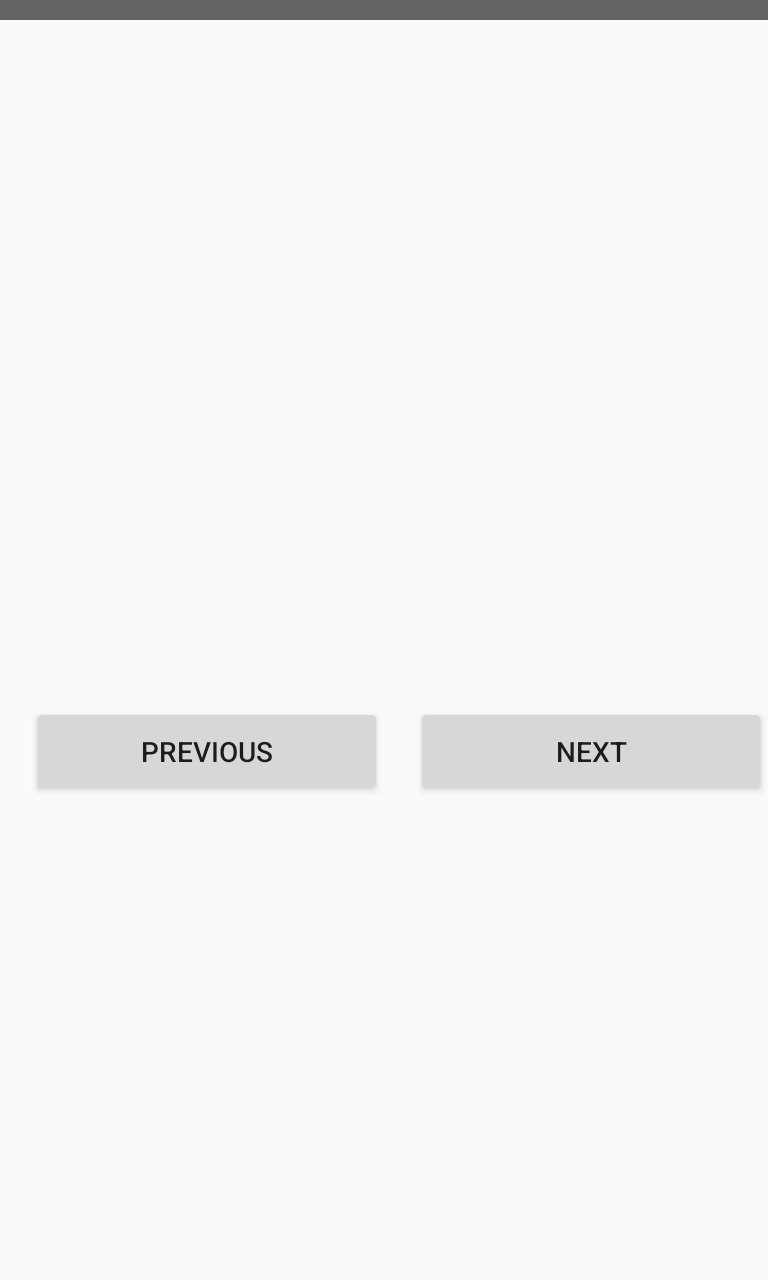
Repository: Warun26/PropertySearch
Layout: PropertySearch/res/layout/historical_zestimates_tab.xml
These files come from the project's save history. The layout is drawn as it stood at one moment and after the next save; the edit follows.
It is drawn on a 768 x 1280 px phone screen (xhdpi) without system bars, with theme AppTheme; the app's code is not run. The app's manifest (not shown) leaves right-to-left support off. So textAlignment, textDirection and layoutDirection are ignored, and left and right values win over start and end ones.

Above is the layout before, as saved 2014-11-23 04:12:41.

### PropertySearch/res/layout/historical_zestimates_tab.xml
<?xml version="1.0" encoding="utf-8"?>
<LinearLayout xmlns:android="http://schemas.android.com/apk/res/android"
    android:id="@+id/tab2"
    android:layout_width="fill_parent"
    android:layout_height="fill_parent"
    android:orientation="vertical" >

    <TextSwitcher
        android:id="@+id/chartYear"
        android:layout_width="fill_parent"
        android:layout_height="wrap_content"
        android:textAlignment="center"
        android:layout_gravity="center"
        android:background="#99000000"
        android:padding="5dp"
        android:textSize = "20sp"
        android:textStyle="bold"
        android:text="Historical Zestimates for the past 5 years" />

    <TextView
	     android:id="@+id/address"
	     android:layout_width="wrap_content"
	     android:layout_height="wrap_content"
	     android:padding="0dp"
	     android:textSize="16sp"
	     android:textAlignment="center"
	     android:layout_gravity="center" >
	</TextView>

    <ImageSwitcher
      android:id="@+id/ZestimateCharts"
      android:layout_width="fill_parent"
      android:layout_height="300dp" >
    </ImageSwitcher>

    <LinearLayout
        android:id="@+id/imageNavigationButtons"
        android:layout_width="fill_parent"
        android:layout_height="wrap_content"
        android:orientation="horizontal">
	    <Button
	      	android:id="@+id/previousImageButton"
	        android:layout_width="fill_parent"
	        android:layout_height="wrap_content"
	        android:text="@string/previous"
	        android:layout_marginLeft="15dp"
	        android:layout_marginStart="7dp"
	        android:layout_marginTop="20dp"
	        android:paddingLeft="3dp"
	        android:paddingRight="3dp"
	        android:layout_weight="1" />

	    <Button
	      	android:id="@+id/nextImageButton"
	        android:layout_width="fill_parent"
	        android:layout_height="wrap_content"
	        android:text="@string/next"
	        android:layout_marginLeft="15dp"
	        android:layout_marginStart="7dp"
	        android:layout_marginTop="20dp"
	        android:paddingLeft="3dp"
	        android:paddingRight="3dp"
	        android:layout_weight="1" />
        </LinearLayout>
    <!--  TextView
        android:id="@+id/textView2"
        android:layout_width="wrap_content"
        android:layout_height="wrap_content"
        android:text="@string/body2" /-->
</LinearLayout>

### PropertySearch/res/values/strings.xml
<?xml version="1.0" encoding="utf-8"?>
<resources>

    <string name="app_name">PropertySearch</string>
    <string name="hello_world">Hello world!</string>
    <string name="action_settings">Settings</string>
    <string name="search">Search</string>
    <string name="title_activity_main">MainActivity</string>
    <string name="form_title">Search Your Property Here</string>
    <string name="street_address">Street Address</string>
    <string name="address">Address*:</string>
    <string name="city_label">City*:</string>
    <string name="city">City</string>
    <string name="state">State*:</string>
    <string name="zillow_image">Zillow Logo</string>
    <string name="error_message">This field is required.</string>
    <string name="body1">body1</string>
    <string name="body2">body2</string>
    <string name="previous">Previous</string>
    <string name="next">Next</string>
    <string name="more_details">See more details on Zillow:</string>
    <string-array name="states">
        <item>Choose State</item>
        <item>AL</item>
        <item>AK</item>
        <item>AZ</item>
        <item>AR</item>
        <item>CA</item>
        <item>CO</item>
        <item>CT</item>
        <item>DE</item>
        <item>DC</item>
        <item>FL</item>
        <item>GA</item>
        <item>HI</item>
        <item>ID</item>
        <item>IL</item>
        <item>IN</item>
        <item>IA</item>
        <item>KS</item>
        <item>KY</item>
        <item>LA</item>
        <item>ME</item>
        <item>MD</item>
        <item>MA</item>
        <item>MI</item>
        <item>MN</item>
        <item>MS</item>
        <item>MO</item>
        <item>MT</item>
        <item>NE</item>
        <item>NV</item>
        <item>NH</item>
        <item>NJ</item>
        <item>NM</item>
        <item>NY</item>
        <item>NC</item>
        <item>ND</item>
        <item>OH</item>
        <item>OK</item>
        <item>OR</item>
        <item>PA</item>
        <item>PA</item>
        <item>RI</item>
        <item>SC</item>
        <item>SD</item>
        <item>TN</item>
        <item>TX</item>
        <item>UT</item>
        <item>VT</item>
        <item>VA</item>
        <item>WA</item>
        <item>WV</item>
        <item>WI</item>
        <item>WY</item>
    </string-array>

    <string name="title_activity_display_property_details">Results from Zillow</string>

</resources>

Loaded but not shown: PropertySearch/res/values/styles.xml (common file); PropertySearch/res/values-v11/styles.xml (common file); PropertySearch/res/values-v14/styles.xml (common file)

After the next save:
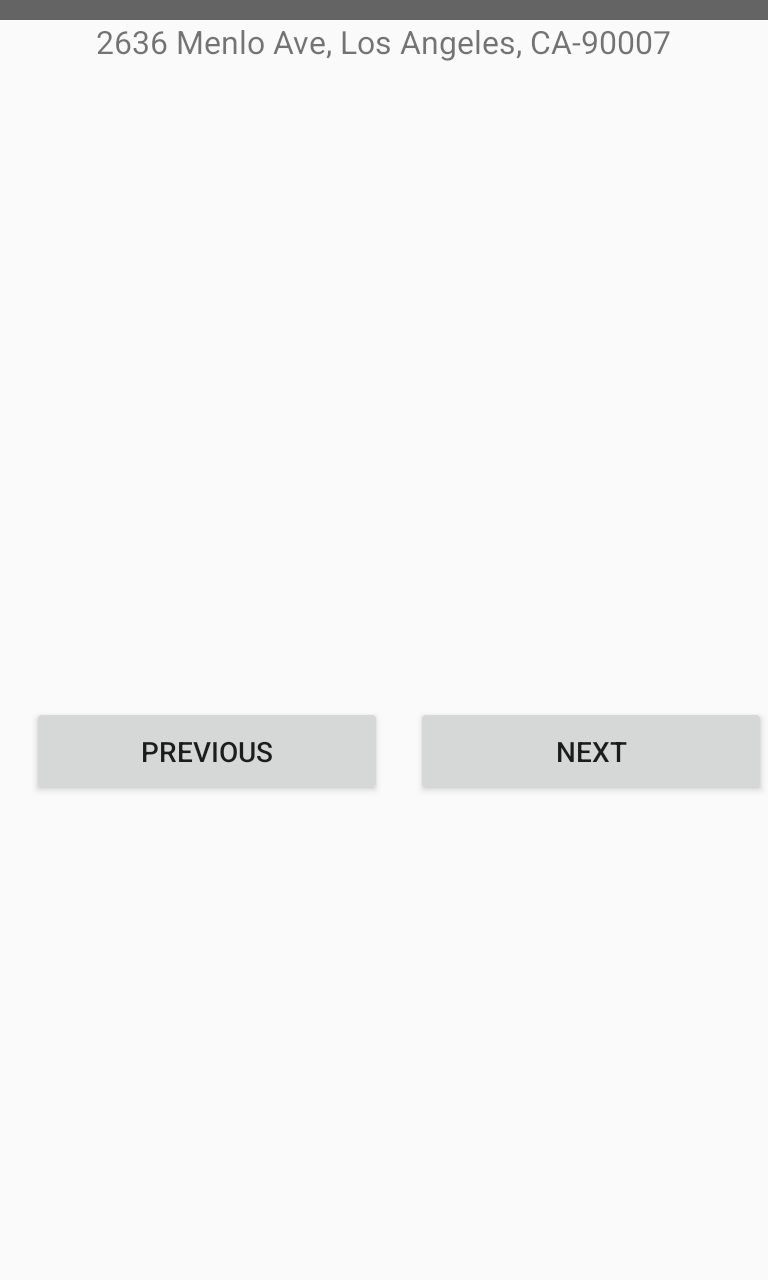
Saved 54 s later.
--- a/PropertySearch/res/layout/historical_zestimates_tab.xml
+++ b/PropertySearch/res/layout/historical_zestimates_tab.xml
@@ -14,8 +14,7 @@
         android:background="#99000000"
         android:padding="5dp"
         android:textSize = "20sp"
-        android:textStyle="bold"
-        android:text="Historical Zestimates for the past 5 years" />
+        android:textStyle="bold" />
 
     <TextView
 	     android:id="@+id/address"
@@ -24,7 +23,8 @@
 	     android:padding="0dp"
 	     android:textSize="16sp"
 	     android:textAlignment="center"
-	     android:layout_gravity="center" >
+	     android:layout_gravity="center"
+	     android:text="2636 Menlo Ave, Los Angeles, CA-90007" >
 	</TextView>
 
     <ImageSwitcher
